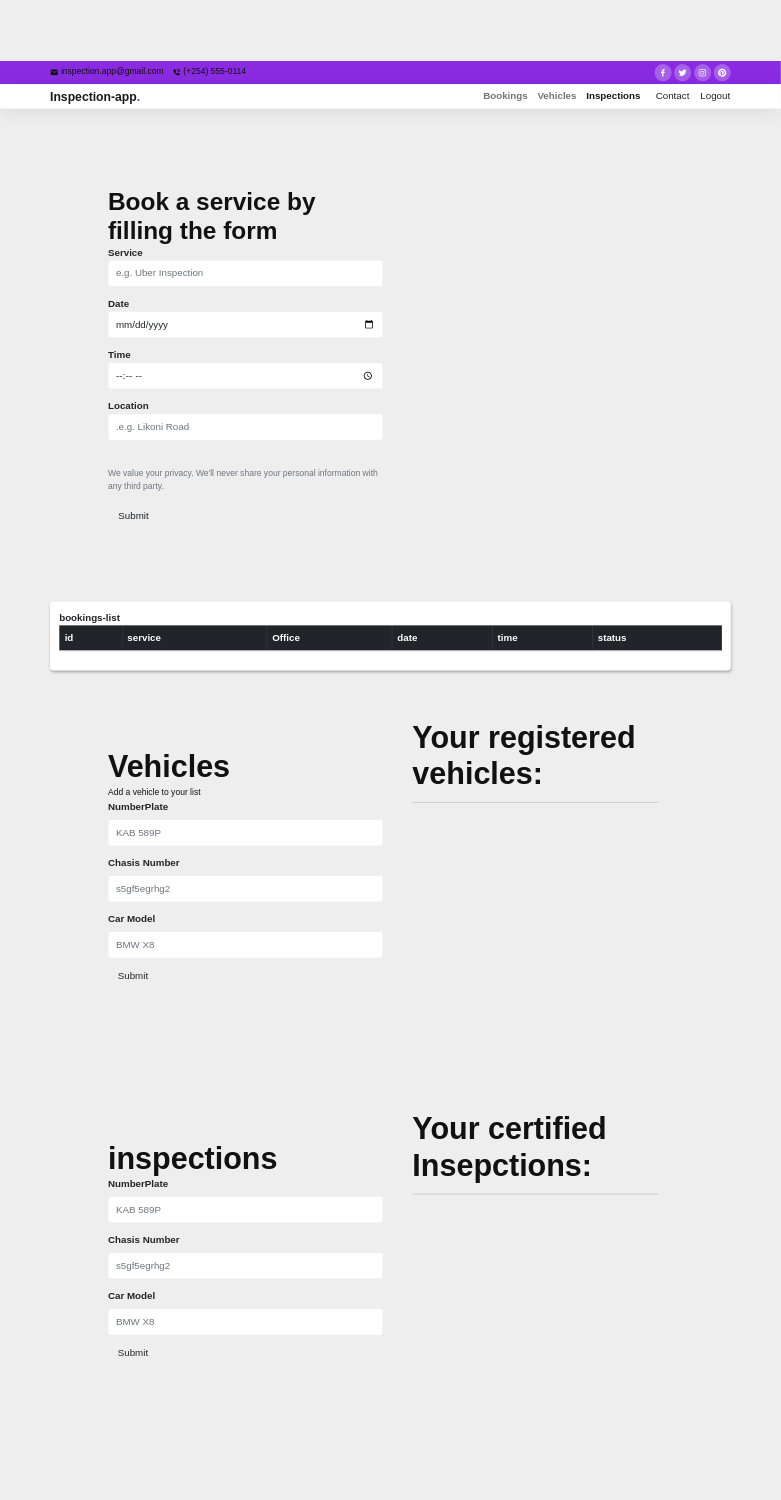
Repository: Jaynie8085/INSPECTION-APP
Page: client/admnDashboard.html
These files come from the project's save history. The page is drawn as it stood at one moment and after the next save; the edit follows.
The browser window is 1280 px wide. The pictures show the whole page, at 61% of full size.
The page's requests for data from a server got no answer. Some web libraries are served in a nearby version.

Above is the page before, as saved 2022-10-17 02:31:13.
Console error: ReferenceError: fetchBookings is not defined

### client/admnDashboard.html
<!DOCTYPE html>
<html lang="en">
<head>
    <meta charset="UTF-8">
    <meta http-equiv="X-UA-Compatible" content="IE=edge">
    <meta name="viewport" content="width=device-width, initial-scale=1.0"><script src="/js/axios/dist/axios.min.js"></script> <script src="main.js"></script>
        <!-- Bootstrap CSS -->
    <link rel="stylesheet" href="css/bootstrap.min.css">
    <link rel="stylesheet" href="css/owl.carousel.min.css">
    <link rel="stylesheet" href="css/owl.theme.default.min.css">
    <link href='https://unpkg.com/boxicons@2.1.1/css/boxicons.min.css' rel='stylesheet'>
    <link rel="stylesheet" href="https://stackpath.bootstrapcdn.com/bootstrap/4.1.3/css/bootstrap.min.css" integrity="sha384-MCw98/SFnGE8fJT3GXwEOngsV7Zt27NXFoaoApmYm81iuXoPkFOJwJ8ERdknLPMO"
    crossorigin="anonymous">
    <link rel="stylesheet" href="css/style.css">
    <link href="https://fonts.googleapis.com/css2?family=Poppins:wght@300;400;500;600&display=swap" rel="stylesheet">

    <link rel="stylesheet" href="assets/css/bootstrap.min.css">
    <link rel="stylesheet" href="assets/css/datatables.min.css">
    <link rel="stylesheet" href="assets/css/style.css">
    <title>userDashboard</title>
</head>
<body>
<body  data-bs-spy="scroll" data-bs-target=".navbar" data-bs-offset="70">


    <!-- TOP NAV -->
    <div class="top-nav" id="home">
        <div class="container">
            <div class="row justify-content-between">
                <div class="col-auto">
                    <p> <i class='bx bxs-envelope'></i> inspection.app@gmail.com</p>
                    <p> <i class='bx bxs-phone-call'></i> (+254) 555-0114</p>
                </div>
                <div class="col-auto social-icons">
                    <a href="#"><i class='bx bxl-facebook'></i></a>
                    <a href="#"><i class='bx bxl-twitter'></i></a>
                    <a href="#"><i class='bx bxl-instagram'></i></a>
                    <a href="#"><i class='bx bxl-pinterest'></i></a>
                </div>
            </div>
        </div>
    </div>

    <!-- BOTTOM NAV -->
    <nav class="navbar navbar-expand-lg navbar-light bg-white sticky-top">
        <div class="container">
            <a class="navbar-brand" href="index.html">Inspection-app<span class="dot">.</span></a>
            <button class="navbar-toggler" type="button" data-bs-toggle="collapse" data-bs-target="#navbarNav"
                aria-controls="navbarNav" aria-expanded="false" aria-label="Toggle navigation">
                <span class="navbar-toggler-icon"></span>
            </button>
            <div class="collapse navbar-collapse" id="navbarNav">
                <ul class="navbar-nav ms-auto">
                    <li class="nav-item">
                        <a class="nav-link" href="#home">Bookings</a>
                    </li>
                    <li class="nav-item">
                        <a class="nav-link" href="#vehicles">Vehicles</a>
                    </li>
                    <li class="nav-item">
                        <a class="nav-link" href="#inspections">Inspections</a>
                    </li>
                    </li>
                </ul>
                <a href="#" data-bs-toggle="modal" data-bs-target="#exampleModal" class="btn btn-brand ms-lg-3">Contact</a>
                <!-- Logout -->
                <a href="index.html" class="btn btn-brand ms-lg-3">Logout</a>
            </div>
        </div>
    </nav>
    <!-- Bookings -->
    <section id="profile">
        <div class="container">
            <div class="row justify-content-center">
                <div id="customer-frm" class="col-lg-5 py-5">
                    <form  >
                        <h2>Book a service by filling the form </h2>
                    <div class="form-group">
                        <label for="service">Service</label>
                        <input type="service" class="form-control" id="service" aria-describedby="emailHelp" placeholder="e.g. Uber Inspection  ">

                    </div>
                    <div class="form-group">
                        <label for="date">Date</label>
                        <input type="date" class="form-control" id="date" >
                    </div>
                    <div class="form-group">
                        <label for="time">Time</label>
                        <input type="time" class="form-control" id="time">
                    </div>
                    <div class="form-group">
                        <label for="location">Location</label>
                        <input type="location" class="form-control" id="location" placeholder=".e.g. Likoni Road">
                    </div>
                    <br><small id="emailHelp" class="form-text text-muted">We value your privacy. We'll never share your personal information with any third party.</small><br>
                    <button type="submit" class="btn btn-brand ms-lg-3" onclick="Booking();">Submit</button>
                    </form>

                </div>
                <div id="data-table" class="col-lg-5">
                            <!-- <ul id="bookings-list">
                            </ul>
                        </div>
                        <hr></div> -->

                        <!-- DataTable Start -->

    </section>

    <div class="container">
                        <div class="row">
                            <div class="col-12">
                                <div class="data_table">
                                    <table id="example" class="table table-striped table-bordered">
                                        <thead class="table-dark">
                                            <label for="">bookings-list</label>
                                            <tr>
                                                <th>id</th>
                                                <th>service</th>
                                                <th>Office</th>
                                                <th>date</th>
                                                <th>time</th>
                                                <th>status</th>
                                            </tr>
                                        </thead>
                                        <tbody>

                                        </tbody>
                                    </table>
                                </div>
                            </div>
                        </div>
                    </div>
        <!-- dataTable End -->

                </div>

    <!-- vehicles -->
    <section id="vehicles">
        <div class="container">
            <div class="row justify-content-center">
            <div id="customer-frm" class="col-lg-5 py-5">
                <form  >
                    <h1>Vehicles</h1>
                    <p>Add a vehicle to your list</p>
                    <div class="form-group">
                        <label for="numberplate" class="form-label">NumberPlate</label>
                        <input type="text" class="form-control" placeholder="KAB 589P" id="numberplate"
                            aria-describedby="emailHelp">
                    </div>
                    <div class="form-group">
                        <label for="chasisnumber" class="form-label">Chasis Number </label>
                        <input type="text" class="form-control" placeholder="s5gf5egrhg2" id="chasisnumber"
                            aria-describedby="emailHelp">
                    </div>
                    <div class="form-group">
                        <label for="model" class="form-label">Car Model</label>
                        <input type="model" class="form-control" placeholder="BMW X8" id="model"
                            aria-describedby="emailHelp">
                    </div>
                    <!-- <div class="col-12">
                        <label for="exampleInputEmail1" class="form-label">Enter General Description</label>
                        <textarea name="" placeholder="Type in your cars general description." class="form-contid=""  rows="4"></textarea>
                    </div> -->

                    <div class="col-12">
                        <button type="submit" class="btn btn-brand" onclick="vehicles();">Submit</button>
                    </div>
                </form>
                </div>
                <div class="col-lg-5">
                <div class="container center"><h1>Your registered vehicles:</h1>
                        <div >
                            <ul id="quote-list">
                            </ul>
                        </div>
                        <hr></div>
                </div>
                </div>
                </div>
        </div>
    </section>

    <!-- inspections -->
    <section id="inspections">
        <div class="container">
            <div class="row justify-content-center">
            <div id="customer-frm" class="col-lg-5 py-5">
                <form  >
                    <h1>inspections</h1>
                    <!-- <p>Add a vehicle to your list</p> -->
                    <div class="form-group">
                        <label for="numberplate" class="form-label">NumberPlate</label>
                        <input type="text" class="form-control" placeholder="KAB 589P" id="numberplate"
                            aria-describedby="emailHelp">
                    </div>
                    <div class="form-group">
                        <label for="chasisnumber" class="form-label">Chasis Number </label>
                        <input type="text" class="form-control" placeholder="s5gf5egrhg2" id="chasisnumber"
                            aria-describedby="emailHelp">
                    </div>
                    <div class="form-group">
                        <label for="model" class="form-label">Car Model</label>
                        <input type="model" class="form-control" placeholder="BMW X8" id="model"
                            aria-describedby="emailHelp">
                    </div>
                    <!-- <div class="col-12">
                        <label for="exampleInputEmail1" class="form-label">Enter General Description</label>
                        <textarea name="" placeholder="Type in your cars general description." class="form-contid=""  rows="4"></textarea>
                    </div> -->

                    <div class="col-12">
                        <button type="submit" class="btn btn-brand" onclick="vehicles();">Submit</button>
                    </div>
                </form>
                </div>
                <div class="col-lg-5">
                <div class="container center"><h1>Your certified Insepctions:</h1>
                        <div >
                            <ul id="quote-list">
                            </ul>
                        </div>
                        <hr></div>
                </div>
                </div>
                </div>
        </div>
    </section>

    <!-- Modal -->
    <div class="modal fade" id="exampleModal" tabindex="-1" aria-labelledby="exampleModalLabel" aria-hidden="true">
        <div class="modal-dialog modal-dialog-centered modal-xl">
            <div class="modal-content">
                <div class="modal-body p-0">
                    <div class="container-fluid">
                        <div class="row gy-4">
                            <div class="col-lg-4 col-sm-12 bg-cover"
                                style="background-image: url(img/isco.jpg); min-height:300px;">
                                <div>

                                </div>
                            </div>
                            <div class="col-lg-8">
                                <form class="p-lg-5 col-12 row g-3">
                                    <div>
                                        <h1>Get in touch</h1>
                                    <p>Feel free to contact us and we will get back to you as soon as possible</p>
                                    </div>
                                    <div class="col-lg-6">
                                        <label for="userName" class="form-label">First name</label>
                                        <input type="text" class="form-control" placeholder="John" id="userName"
                                            aria-describedby="emailHelp">
                                    </div>
                                    <div class="col-lg-6">
                                        <label for="userName" class="form-label">Last name</label>
                                        <input type="text" class="form-control" placeholder="kamau" id="userName"
                                            aria-describedby="emailHelp">
                                    </div>
                                    <div class="col-12">
                                        <label for="userName" class="form-label">Email address</label>
                                        <input type="email" class="form-control" placeholder="Johnkamaa@gmail.com" id="userName"
                                            aria-describedby="emailHelp">
                                    </div>
                                    <div class="col-12">
                                        <label for="exampleInputEmail1" class="form-label">Enter Message</label>
                                        <textarea name="" placeholder="Yes,how can we help you,Type your message here." class="form-control" id=""  rows="4"></textarea>
                                    </div>

                                    <div class="col-12">
                                        <button type="submit" class="btn btn-brand">Send Message</button>
                                    </div>
                                </form>
                            </div>
                        </div>
                    </div>
                </div>

            </div>
        </div>
    </div>


<div class="modal fade" id="exampleModal" tabindex="-1" aria-labelledby="exampleModalLabel" aria-hidden="true">
        <div class="modal-dialog modal-dialog-centered modal-xl">
            <div class="modal-content">
                <div class="modal-body p-0">
                    <div class="container-fluid">
                        <div class="row gy-4">
                            <div class="col-lg-4 col-sm-12 bg-cover"
                                style="background-image: url(img/c2.jpg); min-height:300px;">
                                <div>

                                </div>
                            </div>
                            <div class="col-lg-8">
                                <form class="p-lg-5 col-12 row g-3">
                                    <div>
                                        <h1>Get in touch with us</h1>
                                    <p>Feel free to contact us and we will get back to you as soon as possible</p>
                                    </div>
                                    <div class="col-lg-6">
                                        <label for="userName" class="form-label">First name</label>
                                        <input type="text" class="form-control" placeholder="John" id="userName"
                                            aria-describedby="emailHelp">
                                    </div>
                                    <div class="col-lg-6">
                                        <label for="userName" class="form-label">Last name</label>
                                        <input type="text" class="form-control" placeholder="kamau" id="userName"
                                            aria-describedby="emailHelp">
                                    </div>
                                    <div class="col-12">
                                        <label for="userName" class="form-label">Email address</label>
                                        <input type="email" class="form-control" placeholder="Johnkamaa@gmail.com" id="userName"
                                            aria-describedby="emailHelp">
                                    </div>
                                    <div class="col-12">
                                        <label for="exampleInputEmail1" class="form-label">Enter Message</label>
                                        <textarea name="" placeholder="Yes,how can we help you,Type your message here,,," class="form-control" id=""  rows="4"></textarea>
                                    </div>

                                    <div class="col-12">
                                        <button type="submit" class="btn btn-brand">Send Message</button>
                                    </div>
                                </form>
                            </div>
                        </div>
                    </div>
                </div>

            </div>
        </div>
    </div>
    <!-- dataTable -->
    <script src="assets/js/bootstrap.bundle.min.js"></script>
    <script src="assets/js/jquery-3.6.0.min.js"></script>
    <script src="assets/js/datatables.min.js"></script>
    <script src="assets/js/pdfmake.min.js"></script>
    <script src="assets/js/vfs_fonts.js"></script>
    <script src="assets/js/custom.js"></script>
    <!-- DataTable -->
    <!-- End -->
    <script src="js/jquery.min.js"></script>
    <script src="js/bootstrap.bundle.min.js"></script>
    <script src="js/owl.carousel.min.js"></script>

    <script src="https://code.jquery.com/jquery-3.5.1.js"></script>
    <script src="https://cdn.datatables.net/1.12.1/js/jquery.dataTables.min.js"></script>
    <script src="js/app.js"></script>
    <script src="index.js"></script>


</body>
</html>

Loaded but not shown: client/js/axios/dist/axios.min.js (library); client/css/bootstrap.min.css (library); client/css/owl.carousel.min.css (library); client/css/owl.theme.default.min.css (common file); client/assets/css/bootstrap.min.css (library); client/assets/css/datatables.min.css (library); client/assets/js/bootstrap.bundle.min.js (library); client/assets/js/jquery-3.6.0.min.js (library); client/assets/js/datatables.min.js (library); client/assets/js/pdfmake.min.js (library); client/assets/js/vfs_fonts.js (library); client/js/jquery.min.js (library); client/js/bootstrap.bundle.min.js (library); client/js/owl.carousel.min.js (library); client/index.js (193 lines, source omitted); client/main.js (172 lines, source omitted); client/assets/js/custom.js (58 lines, source omitted); client/js/app.js (34 lines, source omitted); client/css/style.css (543 lines, source omitted); client/assets/css/style.css (229 lines, source omitted)

After the next save:
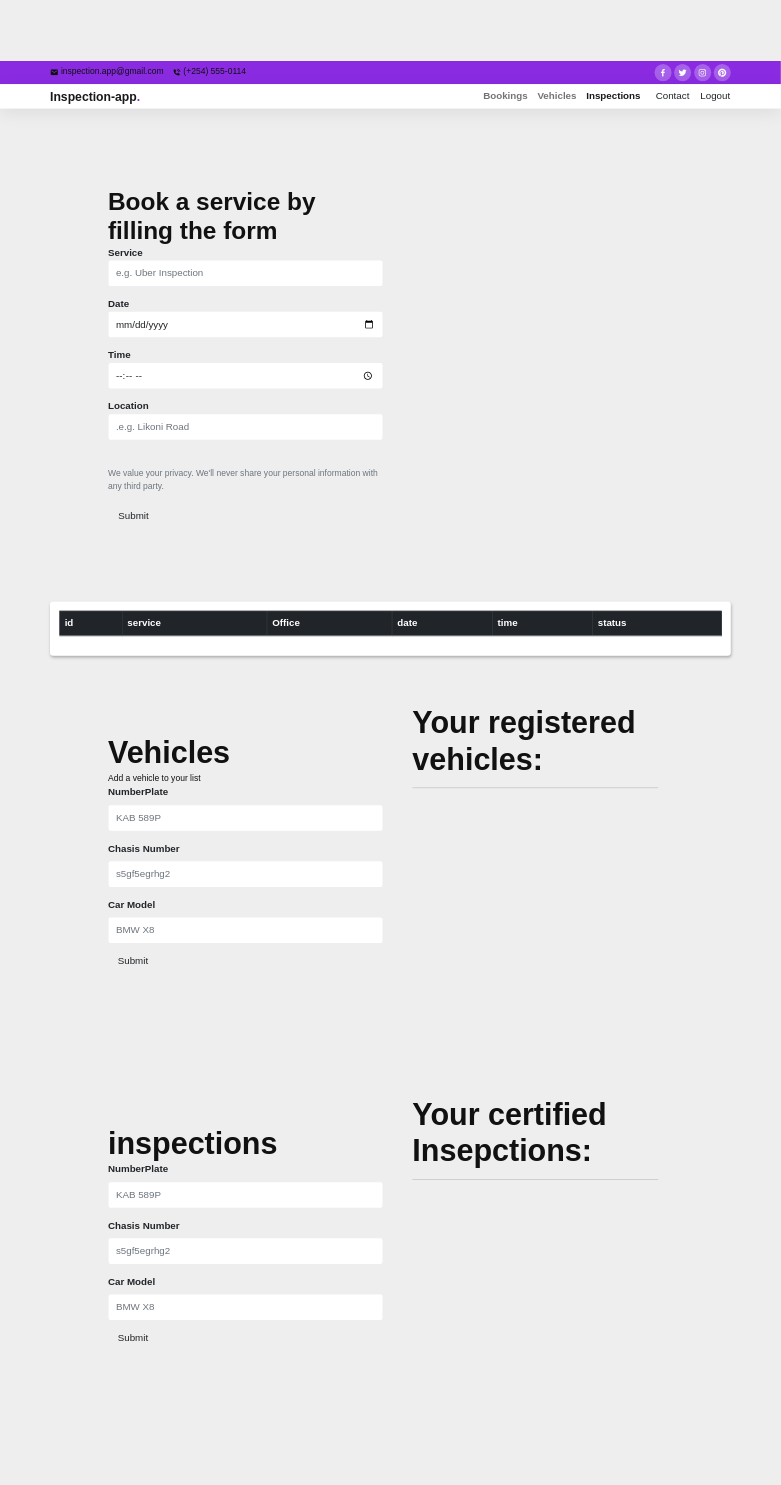
Saved 4 s later.
--- a/client/admnDashboard.html
+++ b/client/admnDashboard.html
@@ -113,7 +113,6 @@
                                 <div class="data_table">
                                     <table id="example" class="table table-striped table-bordered">
                                         <thead class="table-dark">
-                                            <label for="">bookings-list</label>
                                             <tr>
                                                 <th>id</th>
                                                 <th>service</th>

After the save that followed:
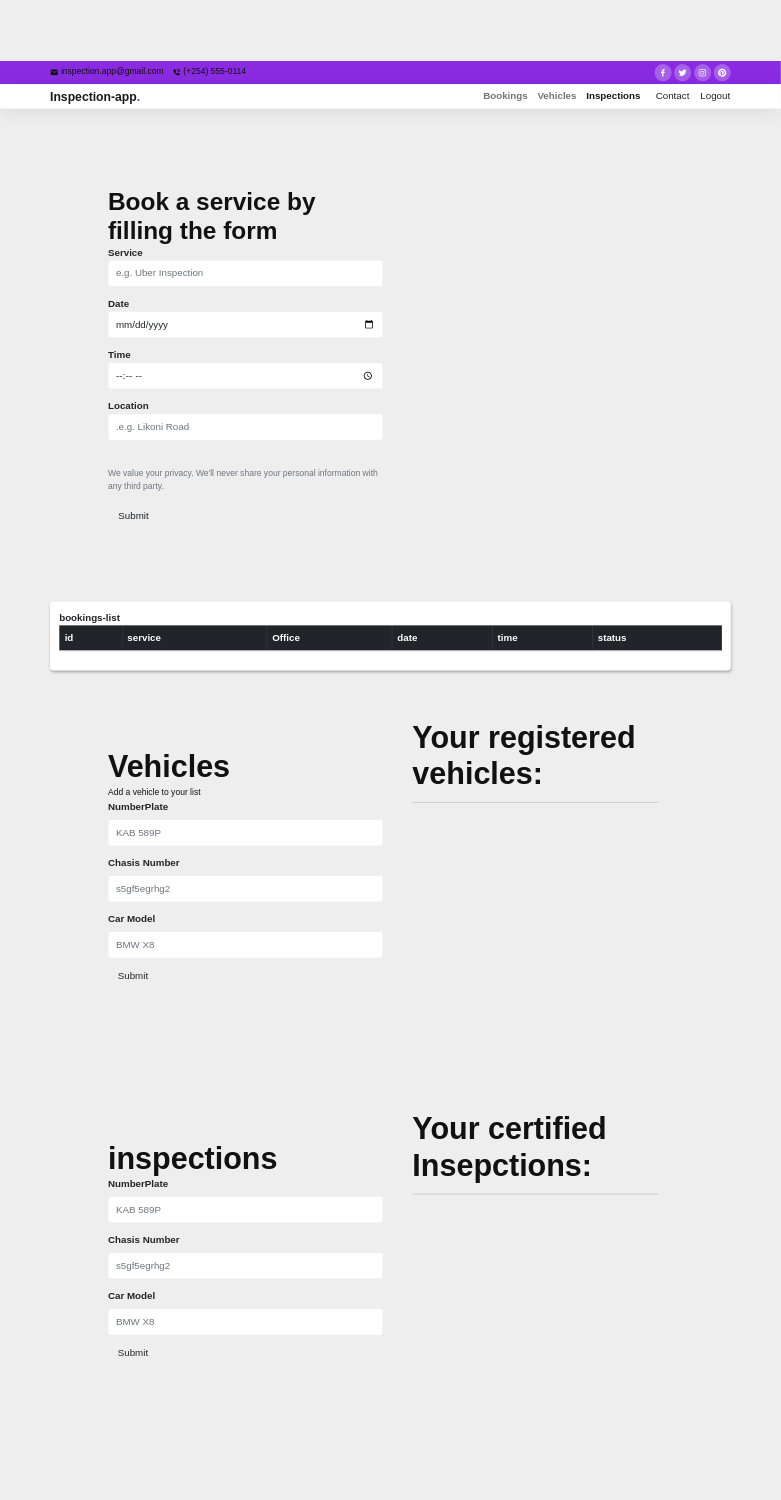
Saved 2 s later.
--- a/client/admnDashboard.html
+++ b/client/admnDashboard.html
@@ -113,6 +113,7 @@
                                 <div class="data_table">
                                     <table id="example" class="table table-striped table-bordered">
                                         <thead class="table-dark">
+                                            <label for="">bookings-list</label>
                                             <tr>
                                                 <th>id</th>
                                                 <th>service</th>
